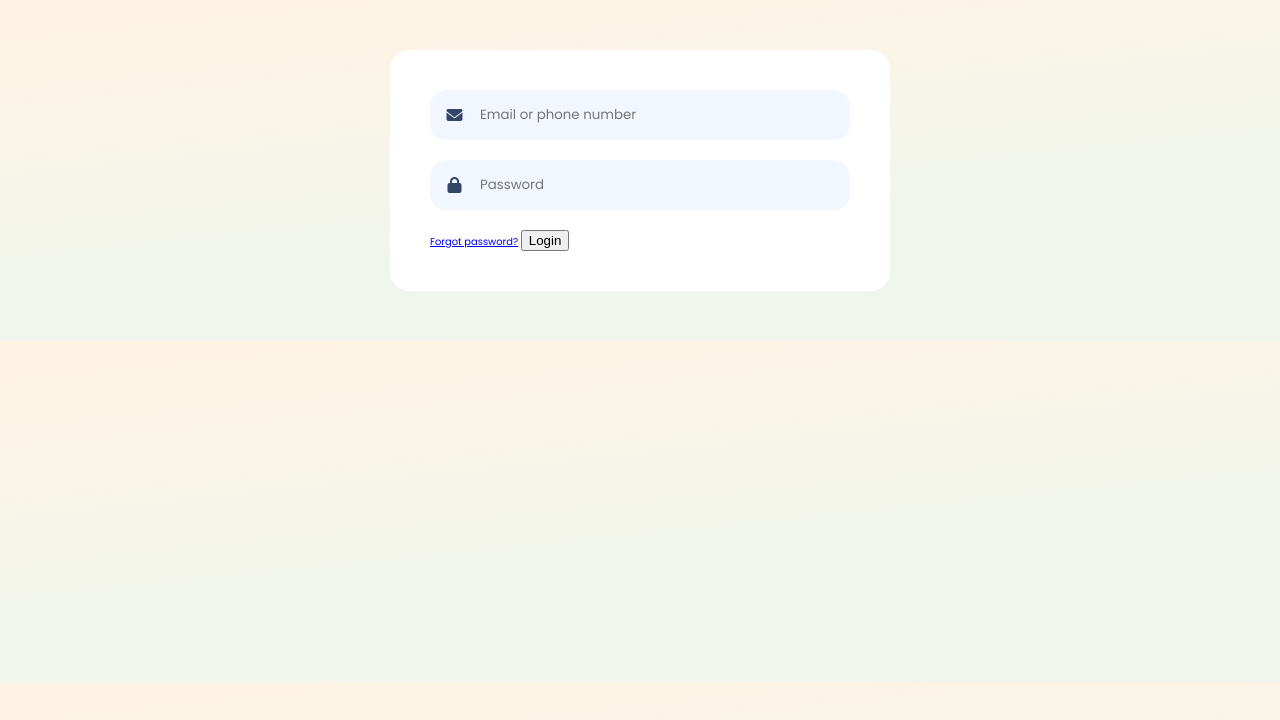
Repository: VuTuanAnh0949/loginForm
Page: index.html
The author's editor kept a copy of each file at every save. The page is drawn from the files as they stood at one save, then again after the next save.
The browser window is 1280 px wide. The pictures show the whole page.

Above is the page before, as saved 2022-04-15 20:49:16.

### index.html
<!DOCTYPE html>
<html lang="en">
<head>
  <meta charset="UTF-8">
  <meta http-equiv="X-UA-Compatible" content="IE=edge">
  <meta name="viewport" content="width=device-width, initial-scale=1.0">
  <link
  href="https://fonts.googleapis.com/css2?family=Poppins:wght@300;400;600&display=swap"
  rel="stylesheet"
/>
<link rel="stylesheet" href="style.css">
<link rel="stylesheet" href="/fontawesome-free-6.1.1-web/css/all.css">
  <title>Login</title>
</head>
<body>
  <div class="login">
    <div class="login-field">
      <i class="fa-solid fa-envelope login-icon"></i>
      <input type="email" class="login-input" placeholder="Email or phone number">
    </div>
    <div class="login-field">
      <i class="fa-solid fa-lock login-icon"></i>
      <input type="password" class="login-input" placeholder="Password">
    </div>
    <a href="#" class="login__forgot--password">Forgot password?</a>
    <button class="login-submit">Login</button>
  </div>
</body>
</html>

### style.css
html{
  font-size: 62%;
  font-family: "Poppins", sans-serif;
}
*{
box-sizing: border-box;
}
body{
  background-image: linear-gradient( 174.2deg,  rgba(255,244,228,1) 7.1%, rgba(240,246,238,1) 67.4% );
}
.login{
width: 500px;
margin: 50px auto;
padding: 40px;
background-color: white;
border-radius: 20px;
}
.login-field{
  display: flex;
  align-items: center;
  background-color: #f2f7ff;
  padding: 15px;
  margin-bottom: 20px;
  border-radius: 16px;
}
.login-icon{
  color: #344667;
  font-size: 16px;
  width: 20px;
  text-align: center;

}
.login-input{
  font-family: "Poppins", sans-serif;
  border: 0;
  padding: 0 0 0 16px;
  background-color: transparent;
  width: 100%;
  outline: none;
}

Loaded but not shown: fontawesome-free-6.1.1-web/css/all.css (library)

After the next save:
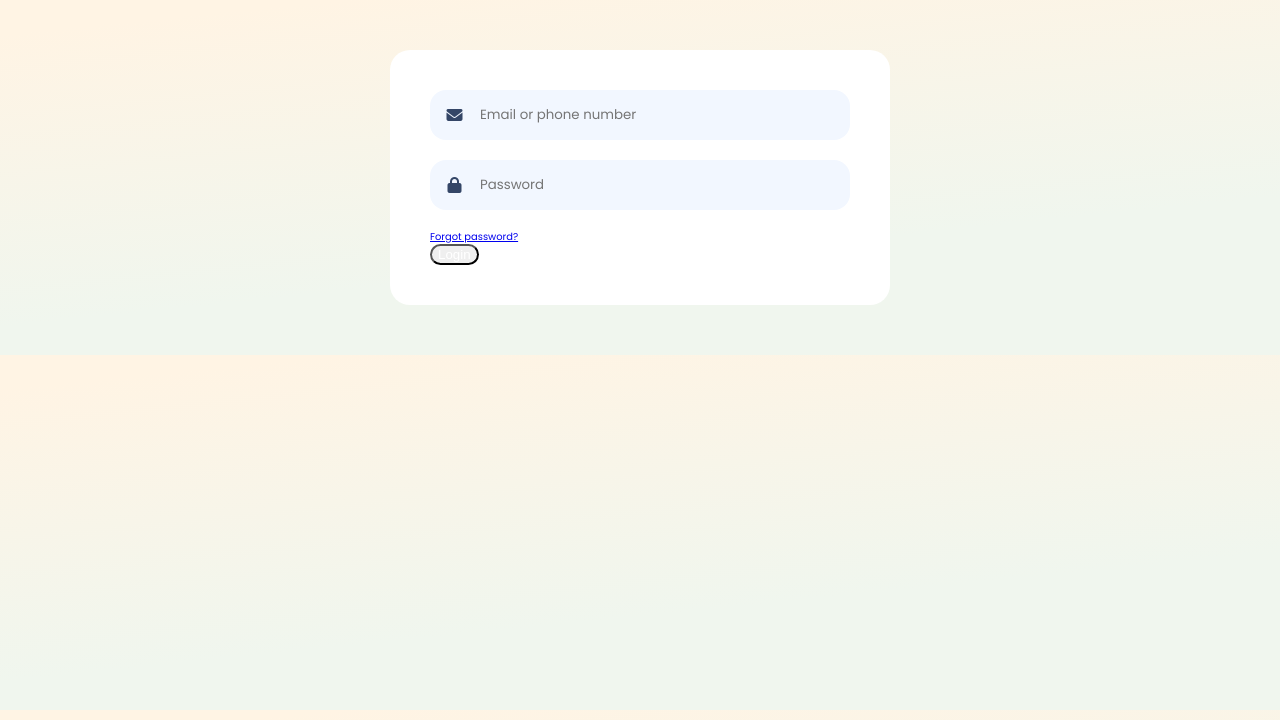
Saved 3 min 10 s later.
--- a/style.css
+++ b/style.css
@@ -38,3 +38,8 @@ border-radius: 20px;
   width: 100%;
   outline: none;
 }
+.login-submit{
+  color: white;
+  border-radius: 16px;
+  display: block;
+}
